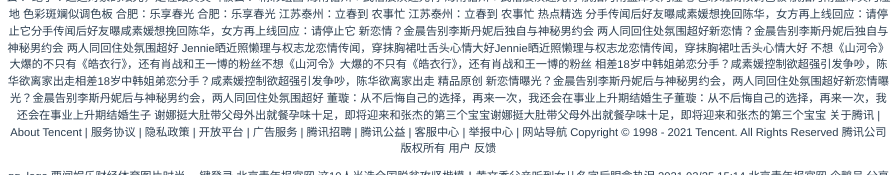
Repository: joyhao/joykit20210224
Page: /about2
An editor plug-in stored every save of this project. The page is shown before and after the next save, followed by the edit.
The browser window is 1280 px wide. The pictures show the part of the page from y = 490 to 2410 px (the page is 748 px tall before and 6720 px after), at 70% of full size.
An inner scrolling area shows only its first screen. The project was rebuilt for these pictures with package versions that can differ from the ones it lists, and the page was loaded fresh each time. Also part of the build but not shown: vite.config.ts.

Above is the page before, as saved 2021-02-26 11:15:43.

### src/main.ts
import { createApp } from 'vue';

import { router } from '@src/router';

import App from './App.vue';

const app = createApp(App);
app.use(router);
app.mount("#app");

### src/router/scrollWaiter.ts
class ScrollQueue {
  private resolve: ((value?: any) => void) | null = null;
  private promise: Promise<any> | null = null;

  add() {
    this.promise = new Promise((resolve) => {
      this.resolve = resolve;
    });
  }

  flush() {
    this.resolve && this.resolve();
    this.resolve = null;
    this.promise = null;
  }

  async wait() {
    await this.promise;
  }
}

export const scrollWaiter = new ScrollQueue();

### src/views/About2/About.vue
<template>
  <article class="about" ref="About2">
    <h1>about</h1>
    <p>
      qq_logo 要闻娱乐财经体育图片时尚 一键登录 北京青年报官网
      这10人当选全国脱贫攻坚楷模！黄文秀父亲听到女儿名字后眼含热泪 2021 02/25
      15:14 北京青年报官网 企鹅号 分享 评论 1
      研究生毕业后，黄文秀奔赴偏远贫困山村担任驻村第一书记。她带动88户418名贫困群众脱贫。2019年6月17日凌晨，黄文秀遭遇突发山洪不幸遇难，年仅30岁……今天（2月25日），黄文秀当选脱贫攻坚楷模，听到女儿名字的那一刻，黄文秀父亲眼含热泪。
      致敬！全国脱贫攻坚楷模名单发布 来源：综合央视新闻客户端 新华视点
      免责声明：本文来自腾讯新闻客户端自媒体，不代表腾讯网的观点和立场。
      相关推荐换一换 李易峰再现追星赢家一面 在《人潮汹涌》片场单独找刘德华合影
      绝了！这选对象的眼光，是在跟黄奕叫板么？
      绝了！这选对象的眼光，是在跟黄奕叫板么？ 精彩组图 海南儋州：民俗展演迎元宵
      海南儋州：民俗展演迎元宵 航拍河南孟津黄河湿地 色彩斑斓似调色板
      航拍河南孟津黄河湿地 色彩斑斓似调色板 合肥：乐享春光 合肥：乐享春光
      江苏泰州：立春到 农事忙 江苏泰州：立春到 农事忙 热点精选
      分手传闻后好友曝咸素媛想挽回陈华，女方再上线回应：请停止它分手传闻后好友曝咸素媛想挽回陈华，女方再上线回应：请停止它
      新恋情？金晨告别李斯丹妮后独自与神秘男约会
      两人同回住处氛围超好新恋情？金晨告别李斯丹妮后独自与神秘男约会
      两人同回住处氛围超好
      Jennie晒近照懒理与权志龙恋情传闻，穿抹胸裙吐舌头心情大好Jennie晒近照懒理与权志龙恋情传闻，穿抹胸裙吐舌头心情大好
      不想《山河令》大爆的不只有《皓衣行》，还有肖战和王一博的粉丝不想《山河令》大爆的不只有《皓衣行》，还有肖战和王一博的粉丝
      相差18岁中韩姐弟恋分手？咸素媛控制欲超强引发争吵，陈华欲离家出走相差18岁中韩姐弟恋分手？咸素媛控制欲超强引发争吵，陈华欲离家出走
      精品原创
      新恋情曝光？金晨告别李斯丹妮后与神秘男约会，两人同回住处氛围超好新恋情曝光？金晨告别李斯丹妮后与神秘男约会，两人同回住处氛围超好
      董璇：从不后悔自己的选择，再来一次，我还会在事业上升期结婚生子董璇：从不后悔自己的选择，再来一次，我还会在事业上升期结婚生子
      谢娜挺大肚带父母外出就餐孕味十足，即将迎来和张杰的第三个宝宝谢娜挺大肚带父母外出就餐孕味十足，即将迎来和张杰的第三个宝宝
      关于腾讯 | About Tencent | 服务协议 | 隐私政策 | 开放平台 | 广告服务 |
      腾讯招聘 | 腾讯公益 | 客服中心 | 举报中心 | 网站导航 Copyright © 1998 -
      2021 Tencent. All Rights Reserved 腾讯公司 版权所有 用户 反馈
    </p>
    <p>
      qq_logo 要闻娱乐财经体育图片时尚 一键登录 北京青年报官网
      这10人当选全国脱贫攻坚楷模！黄文秀父亲听到女儿名字后眼含热泪 2021 02/25
      15:14 北京青年报官网 企鹅号 分享 评论 1
      研究生毕业后，黄文秀奔赴偏远贫困山村担任驻村第一书记。她带动88户418名贫困群众脱贫。2019年6月17日凌晨，黄文秀遭遇突发山洪不幸遇难，年仅30岁……今天（2月25日），黄文秀当选脱贫攻坚楷模，听到女儿名字的那一刻，黄文秀父亲眼含热泪。
      致敬！全国脱贫攻坚楷模名单发布 来源：综合央视新闻客户端 新华视点
      免责声明：本文来自腾讯新闻客户端自媒体，不代表腾讯网的观点和立场。
      相关推荐换一换 李易峰再现追星赢家一面 在《人潮汹涌》片场单独找刘德华合影
      绝了！这选对象的眼光，是在跟黄奕叫板么？
      绝了！这选对象的眼光，是在跟黄奕叫板么？ 精彩组图 海南儋州：民俗展演迎元宵
      海南儋州：民俗展演迎元宵 航拍河南孟津黄河湿地 色彩斑斓似调色板
      航拍河南孟津黄河湿地 色彩斑斓似调色板 合肥：乐享春光 合肥：乐享春光
      江苏泰州：立春到 农事忙 江苏泰州：立春到 农事忙 热点精选
      分手传闻后好友曝咸素媛想挽回陈华，女方再上线回应：请停止它分手传闻后好友曝咸素媛想挽回陈华，女方再上线回应：请停止它
      新恋情？金晨告别李斯丹妮后独自与神秘男约会
      两人同回住处氛围超好新恋情？金晨告别李斯丹妮后独自与神秘男约会
      两人同回住处氛围超好
      Jennie晒近照懒理与权志龙恋情传闻，穿抹胸裙吐舌头心情大好Jennie晒近照懒理与权志龙恋情传闻，穿抹胸裙吐舌头心情大好
      不想《山河令》大爆的不只有《皓衣行》，还有肖战和王一博的粉丝不想《山河令》大爆的不只有《皓衣行》，还有肖战和王一博的粉丝
      相差18岁中韩姐弟恋分手？咸素媛控制欲超强引发争吵，陈华欲离家出走相差18岁中韩姐弟恋分手？咸素媛控制欲超强引发争吵，陈华欲离家出走
      精品原创
      新恋情曝光？金晨告别李斯丹妮后与神秘男约会，两人同回住处氛围超好新恋情曝光？金晨告别李斯丹妮后与神秘男约会，两人同回住处氛围超好
      董璇：从不后悔自己的选择，再来一次，我还会在事业上升期结婚生子董璇：从不后悔自己的选择，再来一次，我还会在事业上升期结婚生子
      谢娜挺大肚带父母外出就餐孕味十足，即将迎来和张杰的第三个宝宝谢娜挺大肚带父母外出就餐孕味十足，即将迎来和张杰的第三个宝宝
      关于腾讯 | About Tencent | 服务协议 | 隐私政策 | 开放平台 | 广告服务 |
      腾讯招聘 | 腾讯公益 | 客服中心 | 举报中心 | 网站导航 Copyright © 1998 -
      2021 Tencent. All Rights Reserved 腾讯公司 版权所有 用户 反馈
    </p>
    <p>
      qq_logo 要闻娱乐财经体育图片时尚 一键登录 北京青年报官网
      这10人当选全国脱贫攻坚楷模！黄文秀父亲听到女儿名字后眼含热泪 2021 02/25
      15:14 北京青年报官网 企鹅号 分享 评论 1
      研究生毕业后，黄文秀奔赴偏远贫困山村担任驻村第一书记。她带动88户418名贫困群众脱贫。2019年6月17日凌晨，黄文秀遭遇突发山洪不幸遇难，年仅30岁……今天（2月25日），黄文秀当选脱贫攻坚楷模，听到女儿名字的那一刻，黄文秀父亲眼含热泪。
      致敬！全国脱贫攻坚楷模名单发布 来源：综合央视新闻客户端 新华视点
      免责声明：本文来自腾讯新闻客户端自媒体，不代表腾讯网的观点和立场。
      相关推荐换一换 李易峰再现追星赢家一面 在《人潮汹涌》片场单独找刘德华合影
      绝了！这选对象的眼光，是在跟黄奕叫板么？
      绝了！这选对象的眼光，是在跟黄奕叫板么？ 精彩组图 海南儋州：民俗展演迎元宵
      海南儋州：民俗展演迎元宵 航拍河南孟津黄河湿地 色彩斑斓似调色板
      航拍河南孟津黄河湿地 色彩斑斓似调色板 合肥：乐享春光 合肥：乐享春光
      江苏泰州：立春到 农事忙 江苏泰州：立春到 农事忙 热点精选
      分手传闻后好友曝咸素媛想挽回陈华，女方再上线回应：请停止它分手传闻后好友曝咸素媛想挽回陈华，女方再上线回应：请停止它
      新恋情？金晨告别李斯丹妮后独自与神秘男约会
      两人同回住处氛围超好新恋情？金晨告别李斯丹妮后独自与神秘男约会
      两人同回住处氛围超好
      Jennie晒近照懒理与权志龙恋情传闻，穿抹胸裙吐舌头心情大好Jennie晒近照懒理与权志龙恋情传闻，穿抹胸裙吐舌头心情大好
      不想《山河令》大爆的不只有《皓衣行》，还有肖战和王一博的粉丝不想《山河令》大爆的不只有《皓衣行》，还有肖战和王一博的粉丝
      相差18岁中韩姐弟恋分手？咸素媛控制欲超强引发争吵，陈华欲离家出走相差18岁中韩姐弟恋分手？咸素媛控制欲超强引发争吵，陈华欲离家出走
      精品原创
      新恋情曝光？金晨告别李斯丹妮后与神秘男约会，两人同回住处氛围超好新恋情曝光？金晨告别李斯丹妮后与神秘男约会，两人同回住处氛围超好
      董璇：从不后悔自己的选择，再来一次，我还会在事业上升期结婚生子董璇：从不后悔自己的选择，再来一次，我还会在事业上升期结婚生子
      谢娜挺大肚带父母外出就餐孕味十足，即将迎来和张杰的第三个宝宝谢娜挺大肚带父母外出就餐孕味十足，即将迎来和张杰的第三个宝宝
      关于腾讯 | About Tencent | 服务协议 | 隐私政策 | 开放平台 | 广告服务 |
      腾讯招聘 | 腾讯公益 | 客服中心 | 举报中心 | 网站导航 Copyright © 1998 -
      2021 Tencent. All Rights Reserved 腾讯公司 版权所有 用户 反馈
    </p>
    <p>
      qq_logo 要闻娱乐财经体育图片时尚 一键登录 北京青年报官网
      这10人当选全国脱贫攻坚楷模！黄文秀父亲听到女儿名字后眼含热泪 2021 02/25
      15:14 北京青年报官网 企鹅号 分享 评论 1
      研究生毕业后，黄文秀奔赴偏远贫困山村担任驻村第一书记。她带动88户418名贫困群众脱贫。2019年6月17日凌晨，黄文秀遭遇突发山洪不幸遇难，年仅30岁……今天（2月25日），黄文秀当选脱贫攻坚楷模，听到女儿名字的那一刻，黄文秀父亲眼含热泪。
      致敬！全国脱贫攻坚楷模名单发布 来源：综合央视新闻客户端 新华视点
      免责声明：本文来自腾讯新闻客户端自媒体，不代表腾讯网的观点和立场。
      相关推荐换一换 李易峰再现追星赢家一面 在《人潮汹涌》片场单独找刘德华合影
      绝了！这选对象的眼光，是在跟黄奕叫板么？
      绝了！这选对象的眼光，是在跟黄奕叫板么？ 精彩组图 海南儋州：民俗展演迎元宵
      海南儋州：民俗展演迎元宵 航拍河南孟津黄河湿地 色彩斑斓似调色板
      航拍河南孟津黄河湿地 色彩斑斓似调色板 合肥：乐享春光 合肥：乐享春光
      江苏泰州：立春到 农事忙 江苏泰州：立春到 农事忙 热点精选
      分手传闻后好友曝咸素媛想挽回陈华，女方再上线回应：请停止它分手传闻后好友曝咸素媛想挽回陈华，女方再上线回应：请停止它
      新恋情？金晨告别李斯丹妮后独自与神秘男约会
      两人同回住处氛围超好新恋情？金晨告别李斯丹妮后独自与神秘男约会
      两人同回住处氛围超好
      Jennie晒近照懒理与权志龙恋情传闻，穿抹胸裙吐舌头心情大好Jennie晒近照懒理与权志龙恋情传闻，穿抹胸裙吐舌头心情大好
      不想《山河令》大爆的不只有《皓衣行》，还有肖战和王一博的粉丝不想《山河令》大爆的不只有《皓衣行》，还有肖战和王一博的粉丝
      相差18岁中韩姐弟恋分手？咸素媛控制欲超强引发争吵，陈华欲离家出走相差18岁中韩姐弟恋分手？咸素媛控制欲超强引发争吵，陈华欲离家出走
      精品原创
      新恋情曝光？金晨告别李斯丹妮后与神秘男约会，两人同回住处氛围超好新恋情曝光？金晨告别李斯丹妮后与神秘男约会，两人同回住处氛围超好
      董璇：从不后悔自己的选择，再来一次，我还会在事业上升期结婚生子董璇：从不后悔自己的选择，再来一次，我还会在事业上升期结婚生子
      谢娜挺大肚带父母外出就餐孕味十足，即将迎来和张杰的第三个宝宝谢娜挺大肚带父母外出就餐孕味十足，即将迎来和张杰的第三个宝宝
      关于腾讯 | About Tencent | 服务协议 | 隐私政策 | 开放平台 | 广告服务 |
      腾讯招聘 | 腾讯公益 | 客服中心 | 举报中心 | 网站导航 Copyright © 1998 -
      2021 Tencent. All Rights Reserved 腾讯公司 版权所有 用户 反馈
    </p>
    <p>
      qq_logo 要闻娱乐财经体育图片时尚 一键登录 北京青年报官网
      这10人当选全国脱贫攻坚楷模！黄文秀父亲听到女儿名字后眼含热泪 2021 02/25
      15:14 北京青年报官网 企鹅号 分享 评论 1
      研究生毕业后，黄文秀奔赴偏远贫困山村担任驻村第一书记。她带动88户418名贫困群众脱贫。2019年6月17日凌晨，黄文秀遭遇突发山洪不幸遇难，年仅30岁……今天（2月25日），黄文秀当选脱贫攻坚楷模，听到女儿名字的那一刻，黄文秀父亲眼含热泪。
      致敬！全国脱贫攻坚楷模名单发布 来源：综合央视新闻客户端 新华视点
      免责声明：本文来自腾讯新闻客户端自媒体，不代表腾讯网的观点和立场。
      相关推荐换一换 李易峰再现追星赢家一面 在《人潮汹涌》片场单独找刘德华合影
      绝了！这选对象的眼光，是在跟黄奕叫板么？
      绝了！这选对象的眼光，是在跟黄奕叫板么？ 精彩组图 海南儋州：民俗展演迎元宵
      海南儋州：民俗展演迎元宵 航拍河南孟津黄河湿地 色彩斑斓似调色板
      航拍河南孟津黄河湿地 色彩斑斓似调色板 合肥：乐享春光 合肥：乐享春光
      江苏泰州：立春到 农事忙 江苏泰州：立春到 农事忙 热点精选
      分手传闻后好友曝咸素媛想挽回陈华，女方再上线回应：请停止它分手传闻后好友曝咸素媛想挽回陈华，女方再上线回应：请停止它
      新恋情？金晨告别李斯丹妮后独自与神秘男约会
      两人同回住处氛围超好新恋情？金晨告别李斯丹妮后独自与神秘男约会
      两人同回住处氛围超好
      Jennie晒近照懒理与权志龙恋情传闻，穿抹胸裙吐舌头心情大好Jennie晒近照懒理与权志龙恋情传闻，穿抹胸裙吐舌头心情大好
      不想《山河令》大爆的不只有《皓衣行》，还有肖战和王一博的粉丝不想《山河令》大爆的不只有《皓衣行》，还有肖战和王一博的粉丝
      相差18岁中韩姐弟恋分手？咸素媛控制欲超强引发争吵，陈华欲离家出走相差18岁中韩姐弟恋分手？咸素媛控制欲超强引发争吵，陈华欲离家出走
      精品原创
      新恋情曝光？金晨告别李斯丹妮后与神秘男约会，两人同回住处氛围超好新恋情曝光？金晨告别李斯丹妮后与神秘男约会，两人同回住处氛围超好
      董璇：从不后悔自己的选择，再来一次，我还会在事业上升期结婚生子董璇：从不后悔自己的选择，再来一次，我还会在事业上升期结婚生子
      谢娜挺大肚带父母外出就餐孕味十足，即将迎来和张杰的第三个宝宝谢娜挺大肚带父母外出就餐孕味十足，即将迎来和张杰的第三个宝宝
      关于腾讯 | About Tencent | 服务协议 | 隐私政策 | 开放平台 | 广告服务 |
      腾讯招聘 | 腾讯公益 | 客服中心 | 举报中心 | 网站导航 Copyright © 1998 -
      2021 Tencent. All Rights Reserved 腾讯公司 版权所有 用户 反馈
    </p>
    <p>
      qq_logo 要闻娱乐财经体育图片时尚 一键登录 北京青年报官网
      这10人当选全国脱贫攻坚楷模！黄文秀父亲听到女儿名字后眼含热泪 2021 02/25
      15:14 北京青年报官网 企鹅号 分享 评论 1
      研究生毕业后，黄文秀奔赴偏远贫困山村担任驻村第一书记。她带动88户418名贫困群众脱贫。2019年6月17日凌晨，黄文秀遭遇突发山洪不幸遇难，年仅30岁……今天（2月25日），黄文秀当选脱贫攻坚楷模，听到女儿名字的那一刻，黄文秀父亲眼含热泪。
      致敬！全国脱贫攻坚楷模名单发布 来源：综合央视新闻客户端 新华视点
      免责声明：本文来自腾讯新闻客户端自媒体，不代表腾讯网的观点和立场。
      相关推荐换一换 李易峰再现追星赢家一面 在《人潮汹涌》片场单独找刘德华合影
      绝了！这选对象的眼光，是在跟黄奕叫板么？
      绝了！这选对象的眼光，是在跟黄奕叫板么？ 精彩组图 海南儋州：民俗展演迎元宵
      海南儋州：民俗展演迎元宵 航拍河南孟津黄河湿地 色彩斑斓似调色板
      航拍河南孟津黄河湿地 色彩斑斓似调色板 合肥：乐享春光 合肥：乐享春光
      江苏泰州：立春到 农事忙 江苏泰州：立春到 农事忙 热点精选
      分手传闻后好友曝咸素媛想挽回陈华，女方再上线回应：请停止它分手传闻后好友曝咸素媛想挽回陈华，女方再上线回应：请停止它
      新恋情？金晨告别李斯丹妮后独自与神秘男约会
      两人同回住处氛围超好新恋情？金晨告别李斯丹妮后独自与神秘男约会
      两人同回住处氛围超好
      Jennie晒近照懒理与权志龙恋情传闻，穿抹胸裙吐舌头心情大好Jennie晒近照懒理与权志龙恋情传闻，穿抹胸裙吐舌头心情大好
      不想《山河令》大爆的不只有《皓衣行》，还有肖战和王一博的粉丝不想《山河令》大爆的不只有《皓衣行》，还有肖战和王一博的粉丝
      相差18岁中韩姐弟恋分手？咸素媛控制欲超强引发争吵，陈华欲离家出走相差18岁中韩姐弟恋分手？咸素媛控制欲超强引发争吵，陈华欲离家出走
      精品原创
      新恋情曝光？金晨告别李斯丹妮后与神秘男约会，两人同回住处氛围超好新恋情曝光？金晨告别李斯丹妮后与神秘男约会，两人同回住处氛围超好
      董璇：从不后悔自己的选择，再来一次，我还会在事业上升期结婚生子董璇：从不后悔自己的选择，再来一次，我还会在事业上升期结婚生子
      谢娜挺大肚带父母外出就餐孕味十足，即将迎来和张杰的第三个宝宝谢娜挺大肚带父母外出就餐孕味十足，即将迎来和张杰的第三个宝宝
      关于腾讯 | About Tencent | 服务协议 | 隐私政策 | 开放平台 | 广告服务 |
      腾讯招聘 | 腾讯公益 | 客服中心 | 举报中心 | 网站导航 Copyright © 1998 -
      2021 Tencent. All Rights Reserved 腾讯公司 版权所有 用户 反馈
    </p>
    <p>
      qq_logo 要闻娱乐财经体育图片时尚 一键登录 北京青年报官网
      这10人当选全国脱贫攻坚楷模！黄文秀父亲听到女儿名字后眼含热泪 2021 02/25
      15:14 北京青年报官网 企鹅号 分享 评论 1
      研究生毕业后，黄文秀奔赴偏远贫困山村担任驻村第一书记。她带动88户418名贫困群众脱贫。2019年6月17日凌晨，黄文秀遭遇突发山洪不幸遇难，年仅30岁……今天（2月25日），黄文秀当选脱贫攻坚楷模，听到女儿名字的那一刻，黄文秀父亲眼含热泪。
      致敬！全国脱贫攻坚楷模名单发布 来源：综合央视新闻客户端 新华视点
      免责声明：本文来自腾讯新闻客户端自媒体，不代表腾讯网的观点和立场。
      相关推荐换一换 李易峰再现追星赢家一面 在《人潮汹涌》片场单独找刘德华合影
      绝了！这选对象的眼光，是在跟黄奕叫板么？
      绝了！这选对象的眼光，是在跟黄奕叫板么？ 精彩组图 海南儋州：民俗展演迎元宵
      海南儋州：民俗展演迎元宵 航拍河南孟津黄河湿地 色彩斑斓似调色板
      航拍河南孟津黄河湿地 色彩斑斓似调色板 合肥：乐享春光 合肥：乐享春光
      江苏泰州：立春到 农事忙 江苏泰州：立春到 农事忙 热点精选
      分手传闻后好友曝咸素媛想挽回陈华，女方再上线回应：请停止它分手传闻后好友曝咸素媛想挽回陈华，女方再上线回应：请停止它
      新恋情？金晨告别李斯丹妮后独自与神秘男约会
      两人同回住处氛围超好新恋情？金晨告别李斯丹妮后独自与神秘男约会
      两人同回住处氛围超好
      Jennie晒近照懒理与权志龙恋情传闻，穿抹胸裙吐舌头心情大好Jennie晒近照懒理与权志龙恋情传闻，穿抹胸裙吐舌头心情大好
      不想《山河令》大爆的不只有《皓衣行》，还有肖战和王一博的粉丝不想《山河令》大爆的不只有《皓衣行》，还有肖战和王一博的粉丝
      相差18岁中韩姐弟恋分手？咸素媛控制欲超强引发争吵，陈华欲离家出走相差18岁中韩姐弟恋分手？咸素媛控制欲超强引发争吵，陈华欲离家出走
      精品原创
      新恋情曝光？金晨告别李斯丹妮后与神秘男约会，两人同回住处氛围超好新恋情曝光？金晨告别李斯丹妮后与神秘男约会，两人同回住处氛围超好
      董璇：从不后悔自己的选择，再来一次，我还会在事业上升期结婚生子董璇：从不后悔自己的选择，再来一次，我还会在事业上升期结婚生子
      谢娜挺大肚带父母外出就餐孕味十足，即将迎来和张杰的第三个宝宝谢娜挺大肚带父母外出就餐孕味十足，即将迎来和张杰的第三个宝宝
      关于腾讯 | About Tencent | 服务协议 | 隐私政策 | 开放平台 | 广告服务 |
      腾讯招聘 | 腾讯公益 | 客服中心 | 举报中心 | 网站导航 Copyright © 1998 -
      2021 Tencent. All Rights Reserved 腾讯公司 版权所有 用户 反馈
    </p>
    <p>
      qq_logo 要闻娱乐财经体育图片时尚 一键登录 北京青年报官网
      这10人当选全国脱贫攻坚楷模！黄文秀父亲听到女儿名字后眼含热泪 2021 02/25
      15:14 北京青年报官网 企鹅号 分享 评论 1
      研究生毕业后，黄文秀奔赴偏远贫困山村担任驻村第一书记。她带动88户418名贫困群众脱贫。2019年6月17日凌晨，黄文秀遭遇突发山洪不幸遇难，年仅30岁……今天（2月25日），黄文秀当选脱贫攻坚楷模，听到女儿名字的那一刻，黄文秀父亲眼含热泪。
      致敬！全国脱贫攻坚楷模名单发布 来源：综合央视新闻客户端 新华视点
      免责声明：本文来自腾讯新闻客户端自媒体，不代表腾讯网的观点和立场。
      相关推荐换一换 李易峰再现追星赢家一面 在《人潮汹涌》片场单独找刘德华合影
      绝了！这选对象的眼光，是在跟黄奕叫板么？
      绝了！这选对象的眼光，是在跟黄奕叫板么？ 精彩组图 海南儋州：民俗展演迎元宵
      海南儋州：民俗展演迎元宵 航拍河南孟津黄河湿地 色彩斑斓似调色板
      航拍河南孟津黄河湿地 色彩斑斓似调色板 合肥：乐享春光 合肥：乐享春光
      江苏泰州：立春到 农事忙 江苏泰州：立春到 农事忙 热点精选
      分手传闻后好友曝咸素媛想挽回陈华，女方再上线回应：请停止它分手传闻后好友曝咸素媛想挽回陈华，女方再上线回应：请停止它
      新恋情？金晨告别李斯丹妮后独自与神秘男约会
      两人同回住处氛围超好新恋情？金晨告别李斯丹妮后独自与神秘男约会
      两人同回住处氛围超好
      Jennie晒近照懒理与权志龙恋情传闻，穿抹胸裙吐舌头心情大好Jennie晒近照懒理与权志龙恋情传闻，穿抹胸裙吐舌头心情大好
      不想《山河令》大爆的不只有《皓衣行》，还有肖战和王一博的粉丝不想《山河令》大爆的不只有《皓衣行》，还有肖战和王一博的粉丝
      相差18岁中韩姐弟恋分手？咸素媛控制欲超强引发争吵，陈华欲离家出走相差18岁中韩姐弟恋分手？咸素媛控制欲超强引发争吵，陈华欲离家出走
      精品原创
      新恋情曝光？金晨告别李斯丹妮后与神秘男约会，两人同回住处氛围超好新恋情曝光？金晨告别李斯丹妮后与神秘男约会，两人同回住处氛围超好
      董璇：从不后悔自己的选择，再来一次，我还会在事业上升期结婚生子董璇：从不后悔自己的选择，再来一次，我还会在事业上升期结婚生子
      谢娜挺大肚带父母外出就餐孕味十足，即将迎来和张杰的第三个宝宝谢娜挺大肚带父母外出就餐孕味十足，即将迎来和张杰的第三个宝宝
      关于腾讯 | About Tencent | 服务协议 | 隐私政策 | 开放平台 | 广告服务 |
      腾讯招聘 | 腾讯公益 | 客服中心 | 举报中心 | 网站导航 Copyright © 1998 -
      2021 Tencent. All Rights Reserved 腾讯公司 版权所有 用户 反馈
    </p>
    <p>
      qq_logo 要闻娱乐财经体育图片时尚 一键登录 北京青年报官网
      这10人当选全国脱贫攻坚楷模！黄文秀父亲听到女儿名字后眼含热泪 2021 02/25
      15:14 北京青年报官网 企鹅号 分享 评论 1
      研究生毕业后，黄文秀奔赴偏远贫困山村担任驻村第一书记。她带动88户418名贫困群众脱贫。2019年6月17日凌晨，黄文秀遭遇突发山洪不幸遇难，年仅30岁……今天（2月25日），黄文秀当选脱贫攻坚楷模，听到女儿名字的那一刻，黄文秀父亲眼含热泪。
      致敬！全国脱贫攻坚楷模名单发布 来源：综合央视新闻客户端 新华视点
      免责声明：本文来自腾讯新闻客户端自媒体，不代表腾讯网的观点和立场。
      相关推荐换一换 李易峰再现追星赢家一面 在《人潮汹涌》片场单独找刘德华合影
      绝了！这选对象的眼光，是在跟黄奕叫板么？
      绝了！这选对象的眼光，是在跟黄奕叫板么？ 精彩组图 海南儋州：民俗展演迎元宵
      海南儋州：民俗展演迎元宵 航拍河南孟津黄河湿地 色彩斑斓似调色板
      航拍河南孟津黄河湿地 色彩斑斓似调色板 合肥：乐享春光 合肥：乐享春光
      江苏泰州：立春到 农事忙 江苏泰州：立春到 农事忙 热点精选
      分手传闻后好友曝咸素媛想挽回陈华，女方再上线回应：请停止它分手传闻后好友曝咸素媛想挽回陈华，女方再上线回应：请停止它
      新恋情？金晨告别李斯丹妮后独自与神秘男约会
      两人同回住处氛围超好新恋情？金晨告别李斯丹妮后独自与神秘男约会
      两人同回住处氛围超好
      Jennie晒近照懒理与权志龙恋情传闻，穿抹胸裙吐舌头心情大好Jennie晒近照懒理与权志龙恋情传闻，穿抹胸裙吐舌头心情大好
      不想《山河令》大爆的不只有《皓衣行》，还有肖战和王一博的粉丝不想《山河令》大爆的不只有《皓衣行》，还有肖战和王一博的粉丝
      相差18岁中韩姐弟恋分手？咸素媛控制欲超强引发争吵，陈华欲离家出走相差18岁中韩姐弟恋分手？咸素媛控制欲超强引发争吵，陈华欲离家出走
      精品原创
      新恋情曝光？金晨告别李斯丹妮后与神秘男约会，两人同回住处氛围超好新恋情曝光？金晨告别李斯丹妮后与神秘男约会，两人同回住处氛围超好
      董璇：从不后悔自己的选择，再来一次，我还会在事业上升期结婚生子董璇：从不后悔自己的选择，再来一次，我还会在事业上升期结婚生子
      谢娜挺大肚带父母外出就餐孕味十足，即将迎来和张杰的第三个宝宝谢娜挺大肚带父母外出就餐孕味十足，即将迎来和张杰的第三个宝宝
      关于腾讯 | About Tencent | 服务协议 | 隐私政策 | 开放平台 | 广告服务 |
      腾讯招聘 | 腾讯公益 | 客服中心 | 举报中心 | 网站导航 Copyright © 1998 -
      2021 Tencent. All Rights Reserved 腾讯公司 版权所有 用户 反馈
    </p>
    <p>
      qq_logo 要闻娱乐财经体育图片时尚 一键登录 北京青年报官网
      这10人当选全国脱贫攻坚楷模！黄文秀父亲听到女儿名字后眼含热泪 2021 02/25
      15:14 北京青年报官网 企鹅号 分享 评论 1
      研究生毕业后，黄文秀奔赴偏远贫困山村担任驻村第一书记。她带动88户418名贫困群众脱贫。2019年6月17日凌晨，黄文秀遭遇突发山洪不幸遇难，年仅30岁……今天（2月25日），黄文秀当选脱贫攻坚楷模，听到女儿名字的那一刻，黄文秀父亲眼含热泪。
      致敬！全国脱贫攻坚楷模名单发布 来源：综合央视新闻客户端 新华视点
      免责声明：本文来自腾讯新闻客户端自媒体，不代表腾讯网的观点和立场。
      相关推荐换一换 李易峰再现追星赢家一面 在《人潮汹涌》片场单独找刘德华合影
      绝了！这选对象的眼光，是在跟黄奕叫板么？
      绝了！这选对象的眼光，是在跟黄奕叫板么？ 精彩组图 海南儋州：民俗展演迎元宵
      海南儋州：民俗展演迎元宵 航拍河南孟津黄河湿地 色彩斑斓似调色板
      航拍河南孟津黄河湿地 色彩斑斓似调色板 合肥：乐享春光 合肥：乐享春光
      江苏泰州：立春到 农事忙 江苏泰州：立春到 农事忙 热点精选
      分手传闻后好友曝咸素媛想挽回陈华，女方再上线回应：请停止它分手传闻后好友曝咸素媛想挽回陈华，女方再上线回应：请停止它
      新恋情？金晨告别李斯丹妮后独自与神秘男约会
      两人同回住处氛围超好新恋情？金晨告别李斯丹妮后独自与神秘男约会
      两人同回住处氛围超好
      Jennie晒近照懒理与权志龙恋情传闻，穿抹胸裙吐舌头心情大好Jennie晒近照懒理与权志龙恋情传闻，穿抹胸裙吐舌头心情大好
      不想《山河令》大爆的不只有《皓衣行》，还有肖战和王一博的粉丝不想《山河令》大爆的不只有《皓衣行》，还有肖战和王一博的粉丝
      相差18岁中韩姐弟恋分手？咸素媛控制欲超强引发争吵，陈华欲离家出走相差18岁中韩姐弟恋分手？咸素媛控制欲超强引发争吵，陈华欲离家出走
      精品原创
      新恋情曝光？金晨告别李斯丹妮后与神秘男约会，两人同回住处氛围超好新恋情曝光？金晨告别李斯丹妮后与神秘男约会，两人同回住处氛围超好
      董璇：从不后悔自己的选择，再来一次，我还会在事业上升期结婚生子董璇：从不后悔自己的选择，再来一次，我还会在事业上升期结婚生子
      谢娜挺大肚带父母外出就餐孕味十足，即将迎来和张杰的第三个宝宝谢娜挺大肚带父母外出就餐孕味十足，即将迎来和张杰的第三个宝宝
      关于腾讯 | About Tencent | 服务协议 | 隐私政策 | 开放平台 | 广告服务 |
      腾讯招聘 | 腾讯公益 | 客服中心 | 举报中心 | 网站导航 Copyright © 1998 -
      2021 Tencent. All Rights Reserved 腾讯公司 版权所有 用户 反馈
    </p>
    <p>
      qq_logo 要闻娱乐财经体育图片时尚 一键登录 北京青年报官网
      这10人当选全国脱贫攻坚楷模！黄文秀父亲听到女儿名字后眼含热泪 2021 02/25
      15:14 北京青年报官网 企鹅号 分享 评论 1
      研究生毕业后，黄文秀奔赴偏远贫困山村担任驻村第一书记。她带动88户418名贫困群众脱贫。2019年6月17日凌晨，黄文秀遭遇突发山洪不幸遇难，年仅30岁……今天（2月25日），黄文秀当选脱贫攻坚楷模，听到女儿名字的那一刻，黄文秀父亲眼含热泪。
      致敬！全国脱贫攻坚楷模名单发布 来源：综合央视新闻客户端 新华视点
      免责声明：本文来自腾讯新闻客户端自媒体，不代表腾讯网的观点和立场。
      相关推荐换一换 李易峰再现追星赢家一面 在《人潮汹涌》片场单独找刘德华合影
      绝了！这选对象的眼光，是在跟黄奕叫板么？
      绝了！这选对象的眼光，是在跟黄奕叫板么？ 精彩组图 海南儋州：民俗展演迎元宵
      海南儋州：民俗展演迎元宵 航拍河南孟津黄河湿地 色彩斑斓似调色板
      航拍河南孟津黄河湿地 色彩斑斓似调色板 合肥：乐享春光 合肥：乐享春光
      江苏泰州：立春到 农事忙 江苏泰州：立春到 农事忙 热点精选
      分手传闻后好友曝咸素媛想挽回陈华，女方再上线回应：请停止它分手传闻后好友曝咸素媛想挽回陈华，女方再上线回应：请停止它
      新恋情？金晨告别李斯丹妮后独自与神秘男约会
      两人同回住处氛围超好新恋情？金晨告别李斯丹妮后独自与神秘男约会
      两人同回住处氛围超好
      Jennie晒近照懒理与权志龙恋情传闻，穿抹胸裙吐舌头心情大好Jennie晒近照懒理与权志龙恋情传闻，穿抹胸裙吐舌头心情大好
      不想《山河令》大爆的不只有《皓衣行》，还有肖战和王一博的粉丝不想《山河令》大爆的不只有《皓衣行》，还有肖战和王一博的粉丝
      相差18岁中韩姐弟恋分手？咸素媛控制欲超强引发争吵，陈华欲离家出走相差18岁中韩姐弟恋分手？咸素媛控制欲超强引发争吵，陈华欲离家出走
      精品原创
      新恋情曝光？金晨告别李斯丹妮后与神秘男约会，两人同回住处氛围超好新恋情曝光？金晨告别李斯丹妮后与神秘男约会，两人同回住处氛围超好
      董璇：从不后悔自己的选择，再来一次，我还会在事业上升期结婚生子董璇：从不后悔自己的选择，再来一次，我还会在事业上升期结婚生子
      谢娜挺大肚带父母外出就餐孕味十足，即将迎来和张杰的第三个宝宝谢娜挺大肚带父母外出就餐孕味十足，即将迎来和张杰的第三个宝宝
      关于腾讯 | About Tencent | 服务协议 | 隐私政策 | 开放平台 | 广告服务 |
      腾讯招聘 | 腾讯公益 | 客服中心 | 举报中心 | 网站导航 Copyright © 1998 -
      2021 Tencent. All Rights Reserved 腾讯公司 版权所有 用户 反馈
    </p>
    <p>
      qq_logo 要闻娱乐财经体育图片时尚 一键登录 北京青年报官网
      这10人当选全国脱贫攻坚楷模！黄文秀父亲听到女儿名字后眼含热泪 2021 02/25
      15:14 北京青年报官网 企鹅号 分享 评论 1
      研究生毕业后，黄文秀奔赴偏远贫困山村担任驻村第一书记。她带动88户418名贫困群众脱贫。2019年6月17日凌晨，黄文秀遭遇突发山洪不幸遇难，年仅30岁……今天（2月25日），黄文秀当选脱贫攻坚楷模，听到女儿名字的那一刻，黄文秀父亲眼含热泪。
      致敬！全国脱贫攻坚楷模名单发布 来源：综合央视新闻客户端 新华视点
      免责声明：本文来自腾讯新闻客户端自媒体，不代表腾讯网的观点和立场。
      相关推荐换一换 李易峰再现追星赢家一面 在《人潮汹涌》片场单独找刘德华合影
      绝了！这选对象的眼光，是在跟黄奕叫板么？
      绝了！这选对象的眼光，是在跟黄奕叫板么？ 精彩组图 海南儋州：民俗展演迎元宵
      海南儋州：民俗展演迎元宵 航拍河南孟津黄河湿地 色彩斑斓似调色板
      航拍河南孟津黄河湿地 色彩斑斓似调色板 合肥：乐享春光 合肥：乐享春光
      江苏泰州：立春到 农事忙 江苏泰州：立春到 农事忙 热点精选
      分手传闻后好友曝咸素媛想挽回陈华，女方再上线回应：请停止它分手传闻后好友曝咸素媛想挽回陈华，女方再上线回应：请停止它
      新恋情？金晨告别李斯丹妮后独自与神秘男约会
      两人同回住处氛围超好新恋情？金晨告别李斯丹妮后独自与神秘男约会
      两人同回住处氛围超好
      Jennie晒近照懒理与权志龙恋情传闻，穿抹胸裙吐舌头心情大好Jennie晒近照懒理与权志龙恋情传闻，穿抹胸裙吐舌头心情大好
      不想《山河令》大爆的不只有《皓衣行》，还有肖战和王一博的粉丝不想《山河令》大爆的不只有《皓衣行》，还有肖战和王一博的粉丝
      相差18岁中韩姐弟恋分手？咸素媛控制欲超强引发争吵，陈华欲离家出走相差18岁中韩姐弟恋分手？咸素媛控制欲超强引发争吵，陈华欲离家出走
      精品原创
      新恋情曝光？金晨告别李斯丹妮后与神秘男约会，两人同回住处氛围超好新恋情曝光？金晨告别李斯丹妮后与神秘男约会，两人同回住处氛围超好
      董璇：从不后悔自己的选择，再来一次，我还会在事业上升期结婚生子董璇：从不后悔自己的选择，再来一次，我还会在事业上升期结婚生子
      谢娜挺大肚带父母外出就餐孕味十足，即将迎来和张杰的第三个宝宝谢娜挺大肚带父母外出就餐孕味十足，即将迎来和张杰的第三个宝宝
      关于腾讯 | About Tencent | 服务协议 | 隐私政策 | 开放平台 | 广告服务 |
      腾讯招聘 | 腾讯公益 | 客服中心 | 举报中心 | 网站导航 Copyright © 1998 -
      2021 Tencent. All Rights Reserved 腾讯公司 版权所有 用户 反馈
    </p>
    <p>
      qq_logo 要闻娱乐财经体育图片时尚 一键登录 北京青年报官网
      这10人当选全国脱贫攻坚楷模！黄文秀父亲听到女儿名字后眼含热泪 2021 02/25
      15:14 北京青年报官网 企鹅号 分享 评论 1
      研究生毕业后，黄文秀奔赴偏远贫困山村担任驻村第一书记。她带动88户418名贫困群众脱贫。2019年6月17日凌晨，黄文秀遭遇突发山洪不幸遇难，年仅30岁……今天（2月25日），黄文秀当选脱贫攻坚楷模，听到女儿名字的那一刻，黄文秀父亲眼含热泪。
      致敬！全国脱贫攻坚楷模名单发布 来源：综合央视新闻客户端 新华视点
      免责声明：本文来自腾讯新闻客户端自媒体，不代表腾讯网的观点和立场。
      相关推荐换一换 李易峰再现追星赢家一面 在《人潮汹涌》片场单独找刘德华合影
      绝了！这选对象的眼光，是在跟黄奕叫板么？
      绝了！这选对象的眼光，是在跟黄奕叫板么？ 精彩组图 海南儋州：民俗展演迎元宵
      海南儋州：民俗展演迎元宵 航拍河南孟津黄河湿地 色彩斑斓似调色板
      航拍河南孟津黄河湿地 色彩斑斓似调色板 合肥：乐享春光 合肥：乐享春光
      江苏泰州：立春到 农事忙 江苏泰州：立春到 农事忙 热点精选
      分手传闻后好友曝咸素媛想挽回陈华，女方再上线回应：请停止它分手传闻后好友曝咸素媛想挽回陈华，女方再上线回应：请停止它
      新恋情？金晨告别李斯丹妮后独自与神秘男约会
      两人同回住处氛围超好新恋情？金晨告别李斯丹妮后独自与神秘男约会
      两人同回住处氛围超好
      Jennie晒近照懒理与权志龙恋情传闻，穿抹胸裙吐舌头心情大好Jennie晒近照懒理与权志龙恋情传闻，穿抹胸裙吐舌头心情大好
      不想《山河令》大爆的不只有《皓衣行》，还有肖战和王一博的粉丝不想《山河令》大爆的不只有《皓衣行》，还有肖战和王一博的粉丝
      相差18岁中韩姐弟恋分手？咸素媛控制欲超强引发争吵，陈华欲离家出走相差18岁中韩姐弟恋分手？咸素媛控制欲超强引发争吵，陈华欲离家出走
      精品原创
      新恋情曝光？金晨告别李斯丹妮后与神秘男约会，两人同回住处氛围超好新恋情曝光？金晨告别李斯丹妮后与神秘男约会，两人同回住处氛围超好
      董璇：从不后悔自己的选择，再来一次，我还会在事业上升期结婚生子董璇：从不后悔自己的选择，再来一次，我还会在事业上升期结婚生子
      谢娜挺大肚带父母外出就餐孕味十足，即将迎来和张杰的第三个宝宝谢娜挺大肚带父母外出就餐孕味十足，即将迎来和张杰的第三个宝宝
      关于腾讯 | About Tencent | 服务协议 | 隐私政策 | 开放平台 | 广告服务 |
      腾讯招聘 | 腾讯公益 | 客服中心 | 举报中心 | 网站导航 Copyright © 1998 -
      2021 Tencent. All Rights Reserved 腾讯公司 版权所有 用户 反馈
    </p>
    <p>
      qq_logo 要闻娱乐财经体育图片时尚 一键登录 北京青年报官网
      这10人当选全国脱贫攻坚楷模！黄文秀父亲听到女儿名字后眼含热泪 2021 02/25
      15:14 北京青年报官网 企鹅号 分享 评论 1
      研究生毕业后，黄文秀奔赴偏远贫困山村担任驻村第一书记。她带动88户418名贫困群众脱贫。2019年6月17日凌晨，黄文秀遭遇突发山洪不幸遇难，年仅30岁……今天（2月25日），黄文秀当选脱贫攻坚楷模，听到女儿名字的那一刻，黄文秀父亲眼含热泪。
      致敬！全国脱贫攻坚楷模名单发布 来源：综合央视新闻客户端 新华视点
      免责声明：本文来自腾讯新闻客户端自媒体，不代表腾讯网的观点和立场。
      相关推荐换一换 李易峰再现追星赢家一面 在《人潮汹涌》片场单独找刘德华合影
      绝了！这选对象的眼光，是在跟黄奕叫板么？
      绝了！这选对象的眼光，是在跟黄奕叫板么？ 精彩组图 海南儋州：民俗展演迎元宵
      海南儋州：民俗展演迎元宵 航拍河南孟津黄河湿地 色彩斑斓似调色板
      航拍河南孟津黄河湿地 色彩斑斓似调色板 合肥：乐享春光 合肥：乐享春光
      江苏泰州：立春到 农事忙 江苏泰州：立春到 农事忙 热点精选
      分手传闻后好友曝咸素媛想挽回陈华，女方再上线回应：请停止它分手传闻后好友曝咸素媛想挽回陈华，女方再上线回应：请停止它
      新恋情？金晨告别李斯丹妮后独自与神秘男约会
      两人同回住处氛围超好新恋情？金晨告别李斯丹妮后独自与神秘男约会
      两人同回住处氛围超好
      Jennie晒近照懒理与权志龙恋情传闻，穿抹胸裙吐舌头心情大好Jennie晒近照懒理与权志龙恋情传闻，穿抹胸裙吐舌头心情大好
      不想《山河令》大爆的不只有《皓衣行》，还有肖战和王一博的粉丝不想《山河令》大爆的不只有《皓衣行》，还有肖战和王一博的粉丝
      相差18岁中韩姐弟恋分手？咸素媛控制欲超强引发争吵，陈华欲离家出走相差18岁中韩姐弟恋分手？咸素媛控制欲超强引发争吵，陈华欲离家出走
      精品原创
      新恋情曝光？金晨告别李斯丹妮后与神秘男约会，两人同回住处氛围超好新恋情曝光？金晨告别李斯丹妮后与神秘男约会，两人同回住处氛围超好
      董璇：从不后悔自己的选择，再来一次，我还会在事业上升期结婚生子董璇：从不后悔自己的选择，再来一次，我还会在事业上升期结婚生子
      谢娜挺大肚带父母外出就餐孕味十足，即将迎来和张杰的第三个宝宝谢娜挺大肚带父母外出就餐孕味十足，即将迎来和张杰的第三个宝宝
      关于腾讯 | About Tencent | 服务协议 | 隐私政策 | 开放平台 | 广告服务 |
      腾讯招聘 | 腾讯公益 | 客服中心 | 举报中心 | 网站导航 Copyright © 1998 -
      2021 Tencent. All Rights Reserved 腾讯公司 版权所有 用户 反馈
    </p>
    <p>
      qq_logo 要闻娱乐财经体育图片时尚 一键登录 北京青年报官网
      这10人当选全国脱贫攻坚楷模！黄文秀父亲听到女儿名字后眼含热泪 2021 02/25
      15:14 北京青年报官网 企鹅号 分享 评论 1
      研究生毕业后，黄文秀奔赴偏远贫困山村担任驻村第一书记。她带动88户418名贫困群众脱贫。2019年6月17日凌晨，黄文秀遭遇突发山洪不幸遇难，年仅30岁……今天（2月25日），黄文秀当选脱贫攻坚楷模，听到女儿名字的那一刻，黄文秀父亲眼含热泪。
      致敬！全国脱贫攻坚楷模名单发布 来源：综合央视新闻客户端 新华视点
      免责声明：本文来自腾讯新闻客户端自媒体，不代表腾讯网的观点和立场。
      相关推荐换一换 李易峰再现追星赢家一面 在《人潮汹涌》片场单独找刘德华合影
      绝了！这选对象的眼光，是在跟黄奕叫板么？
      绝了！这选对象的眼光，是在跟黄奕叫板么？ 精彩组图 海南儋州：民俗展演迎元宵
      海南儋州：民俗展演迎元宵 航拍河南孟津黄河湿地 色彩斑斓似调色板
      航拍河南孟津黄河湿地 色彩斑斓似调色板 合肥：乐享春光 合肥：乐享春光
      江苏泰州：立春到 农事忙 江苏泰州：立春到 农事忙 热点精选
      分手传闻后好友曝咸素媛想挽回陈华，女方再上线回应：请停止它分手传闻后好友曝咸素媛想挽回陈华，女方再上线回应：请停止它
      新恋情？金晨告别李斯丹妮后独自与神秘男约会
      两人同回住处氛围超好新恋情？金晨告别李斯丹妮后独自与神秘男约会
      两人同回住处氛围超好
      Jennie晒近照懒理与权志龙恋情传闻，穿抹胸裙吐舌头心情大好Jennie晒近照懒理与权志龙恋情传闻，穿抹胸裙吐舌头心情大好
      不想《山河令》大爆的不只有《皓衣行》，还有肖战和王一博的粉丝不想《山河令》大爆的不只有《皓衣行》，还有肖战和王一博的粉丝
      相差18岁中韩姐弟恋分手？咸素媛控制欲超强引发争吵，陈华欲离家出走相差18岁中韩姐弟恋分手？咸素媛控制欲超强引发争吵，陈华欲离家出走
      精品原创
      新恋情曝光？金晨告别李斯丹妮后与神秘男约会，两人同回住处氛围超好新恋情曝光？金晨告别李斯丹妮后与神秘男约会，两人同回住处氛围超好
      董璇：从不后悔自己的选择，再来一次，我还会在事业上升期结婚生子董璇：从不后悔自己的选择，再来一次，我还会在事业上升期结婚生子
      谢娜挺大肚带父母外出就餐孕味十足，即将迎来和张杰的第三个宝宝谢娜挺大肚带父母外出就餐孕味十足，即将迎来和张杰的第三个宝宝
      关于腾讯 | About Tencent | 服务协议 | 隐私政策 | 开放平台 | 广告服务 |
      腾讯招聘 | 腾讯公益 | 客服中心 | 举报中心 | 网站导航 Copyright © 1998 -
      2021 Tencent. All Rights Reserved 腾讯公司 版权所有 用户 反馈
    </p>
    <p>
      qq_logo 要闻娱乐财经体育图片时尚 一键登录 北京青年报官网
      这10人当选全国脱贫攻坚楷模！黄文秀父亲听到女儿名字后眼含热泪 2021 02/25
      15:14 北京青年报官网 企鹅号 分享 评论 1
      研究生毕业后，黄文秀奔赴偏远贫困山村担任驻村第一书记。她带动88户418名贫困群众脱贫。2019年6月17日凌晨，黄文秀遭遇突发山洪不幸遇难，年仅30岁……今天（2月25日），黄文秀当选脱贫攻坚楷模，听到女儿名字的那一刻，黄文秀父亲眼含热泪。
      致敬！全国脱贫攻坚楷模名单发布 来源：综合央视新闻客户端 新华视点
      免责声明：本文来自腾讯新闻客户端自媒体，不代表腾讯网的观点和立场。
      相关推荐换一换 李易峰再现追星赢家一面 在《人潮汹涌》片场单独找刘德华合影
      绝了！这选对象的眼光，是在跟黄奕叫板么？
      绝了！这选对象的眼光，是在跟黄奕叫板么？ 精彩组图 海南儋州：民俗展演迎元宵
      海南儋州：民俗展演迎元宵 航拍河南孟津黄河湿地 色彩斑斓似调色板
      航拍河南孟津黄河湿地 色彩斑斓似调色板 合肥：乐享春光 合肥：乐享春光
      江苏泰州：立春到 农事忙 江苏泰州：立春到 农事忙 热点精选
      分手传闻后好友曝咸素媛想挽回陈华，女方再上线回应：请停止它分手传闻后好友曝咸素媛想挽回陈华，女方再上线回应：请停止它
      新恋情？金晨告别李斯丹妮后独自与神秘男约会
      两人同回住处氛围超好新恋情？金晨告别李斯丹妮后独自与神秘男约会
      两人同回住处氛围超好
      Jennie晒近照懒理与权志龙恋情传闻，穿抹胸裙吐舌头心情大好Jennie晒近照懒理与权志龙恋情传闻，穿抹胸裙吐舌头心情大好
      不想《山河令》大爆的不只有《皓衣行》，还有肖战和王一博的粉丝不想《山河令》大爆的不只有《皓衣行》，还有肖战和王一博的粉丝
      相差18岁中韩姐弟恋分手？咸素媛控制欲超强引发争吵，陈华欲离家出走相差18岁中韩姐弟恋分手？咸素媛控制欲超强引发争吵，陈华欲离家出走
      精品原创
      新恋情曝光？金晨告别李斯丹妮后与神秘男约会，两人同回住处氛围超好新恋情曝光？金晨告别李斯丹妮后与神秘男约会，两人同回住处氛围超好
      董璇：从不后悔自己的选择，再来一次，我还会在事业上升期结婚生子董璇：从不后悔自己的选择，再来一次，我还会在事业上升期结婚生子
      谢娜挺大肚带父母外出就餐孕味十足，即将迎来和张杰的第三个宝宝谢娜挺大肚带父母外出就餐孕味十足，即将迎来和张杰的第三个宝宝
      关于腾讯 | About Tencent | 服务协议 | 隐私政策 | 开放平台 | 广告服务 |
      腾讯招聘 | 腾讯公益 | 客服中心 | 举报中心 | 网站导航 Copyright © 1998 -
      2021 Tencent. All Rights Reserved 腾讯公司 版权所有 用户 反馈
    </p>
    <p>
      qq_logo 要闻娱乐财经体育图片时尚 一键登录 北京青年报官网
      这10人当选全国脱贫攻坚楷模！黄文秀父亲听到女儿名字后眼含热泪 2021 02/25
      15:14 北京青年报官网 企鹅号 分享 评论 1
      研究生毕业后，黄文秀奔赴偏远贫困山村担任驻村第一书记。她带动88户418名贫困群众脱贫。2019年6月17日凌晨，黄文秀遭遇突发山洪不幸遇难，年仅30岁……今天（2月25日），黄文秀当选脱贫攻坚楷模，听到女儿名字的那一刻，黄文秀父亲眼含热泪。
      致敬！全国脱贫攻坚楷模名单发布 来源：综合央视新闻客户端 新华视点
      免责声明：本文来自腾讯新闻客户端自媒体，不代表腾讯网的观点和立场。
      相关推荐换一换 李易峰再现追星赢家一面 在《人潮汹涌》片场单独找刘德华合影
      绝了！这选对象的眼光，是在跟黄奕叫板么？
      绝了！这选对象的眼光，是在跟黄奕叫板么？ 精彩组图 海南儋州：民俗展演迎元宵
      海南儋州：民俗展演迎元宵 航拍河南孟津黄河湿地 色彩斑斓似调色板
      航拍河南孟津黄河湿地 色彩斑斓似调色板 合肥：乐享春光 合肥：乐享春光
      江苏泰州：立春到 农事忙 江苏泰州：立春到 农事忙 热点精选
      分手传闻后好友曝咸素媛想挽回陈华，女方再上线回应：请停止它分手传闻后好友曝咸素媛想挽回陈华，女方再上线回应：请停止它
      新恋情？金晨告别李斯丹妮后独自与神秘男约会
      两人同回住处氛围超好新恋情？金晨告别李斯丹妮后独自与神秘男约会
      两人同回住处氛围超好
      Jennie晒近照懒理与权志龙恋情传闻，穿抹胸裙吐舌头心情大好Jennie晒近照懒理与权志龙恋情传闻，穿抹胸裙吐舌头心情大好
      不想《山河令》大爆的不只有《皓衣行》，还有肖战和王一博的粉丝不想《山河令》大爆的不只有《皓衣行》，还有肖战和王一博的粉丝
      相差18岁中韩姐弟恋分手？咸素媛控制欲超强引发争吵，陈华欲离家出走相差18岁中韩姐弟恋分手？咸素媛控制欲超强引发争吵，陈华欲离家出走
      精品原创
      新恋情曝光？金晨告别李斯丹妮后与神秘男约会，两人同回住处氛围超好新恋情曝光？金晨告别李斯丹妮后与神秘男约会，两人同回住处氛围超好
      董璇：从不后悔自己的选择，再来一次，我还会在事业上升期结婚生子董璇：从不后悔自己的选择，再来一次，我还会在事业上升期结婚生子
      谢娜挺大肚带父母外出就餐孕味十足，即将迎来和张杰的第三个宝宝谢娜挺大肚带父母外出就餐孕味十足，即将迎来和张杰的第三个宝宝
      关于腾讯 | About Tencent | 服务协议 | 隐私政策 | 开放平台 | 广告服务 |
      腾讯招聘 | 腾讯公益 | 客服中心 | 举报中心 | 网站导航 Copyright © 1998 -
      2021 Tencent. All Rights Reserved 腾讯公司 版权所有 用户 反馈
    </p>
    <p>
      qq_logo 要闻娱乐财经体育图片时尚 一键登录 北京青年报官网
      这10人当选全国脱贫攻坚楷模！黄文秀父亲听到女儿名字后眼含热泪 2021 02/25
      15:14 北京青年报官网 企鹅号 分享 评论 1
      研究生毕业后，黄文秀奔赴偏远贫困山村担任驻村第一书记。她带动88户418名贫困群众脱贫。2019年6月17日凌晨，黄文秀遭遇突发山洪不幸遇难，年仅30岁……今天（2月25日），黄文秀当选脱贫攻坚楷模，听到女儿名字的那一刻，黄文秀父亲眼含热泪。
      致敬！全国脱贫攻坚楷模名单发布 来源：综合央视新闻客户端 新华视点
      免责声明：本文来自腾讯新闻客户端自媒体，不代表腾讯网的观点和立场。
      相关推荐换一换 李易峰再现追星赢家一面 在《人潮汹涌》片场单独找刘德华合影
      绝了！这选对象的眼光，是在跟黄奕叫板么？
      绝了！这选对象的眼光，是在跟黄奕叫板么？ 精彩组图 海南儋州：民俗展演迎元宵
      海南儋州：民俗展演迎元宵 航拍河南孟津黄河湿地 色彩斑斓似调色板
      航拍河南孟津黄河湿地 色彩斑斓似调色板 合肥：乐享春光 合肥：乐享春光
      江苏泰州：立春到 农事忙 江苏泰州：立春到 农事忙 热点精选
      分手传闻后好友曝咸素媛想挽回陈华，女方再上线回应：请停止它分手传闻后好友曝咸素媛想挽回陈华，女方再上线回应：请停止它
      新恋情？金晨告别李斯丹妮后独自与神秘男约会
      两人同回住处氛围超好新恋情？金晨告别李斯丹妮后独自与神秘男约会
      两人同回住处氛围超好
      Jennie晒近照懒理与权志龙恋情传闻，穿抹胸裙吐舌头心情大好Jennie晒近照懒理与权志龙恋情传闻，穿抹胸裙吐舌头心情大好
      不想《山河令》大爆的不只有《皓衣行》，还有肖战和王一博的粉丝不想《山河令》大爆的不只有《皓衣行》，还有肖战和王一博的粉丝
      相差18岁中韩姐弟恋分手？咸素媛控制欲超强引发争吵，陈华欲离家出走相差18岁中韩姐弟恋分手？咸素媛控制欲超强引发争吵，陈华欲离家出走
      精品原创
      新恋情曝光？金晨告别李斯丹妮后与神秘男约会，两人同回住处氛围超好新恋情曝光？金晨告别李斯丹妮后与神秘男约会，两人同回住处氛围超好
      董璇：从不后悔自己的选择，再来一次，我还会在事业上升期结婚生子董璇：从不后悔自己的选择，再来一次，我还会在事业上升期结婚生子
      谢娜挺大肚带父母外出就餐孕味十足，即将迎来和张杰的第三个宝宝谢娜挺大肚带父母外出就餐孕味十足，即将迎来和张杰的第三个宝宝
      关于腾讯 | About Tencent | 服务协议 | 隐私政策 | 开放平台 | 广告服务 |
      腾讯招聘 | 腾讯公益 | 客服中心 | 举报中心 | 网站导航 Copyright © 1998 -
      2021 Tencent. All Rights Reserved 腾讯公司 版权所有 用户 反馈
    </p>
  </article>
</template>

<script>
export default {};
</script>

<style lang="scss" scoped>
.about {
  height: 60vh;
  overflow: scroll;
  scroll-behavior: smooth;
}
h1 {
}
</style>

Loaded but not shown: index.html (common file); src/App.vue (135 lines, source omitted); src/router/index.ts (100 lines, source omitted)

After the next save:
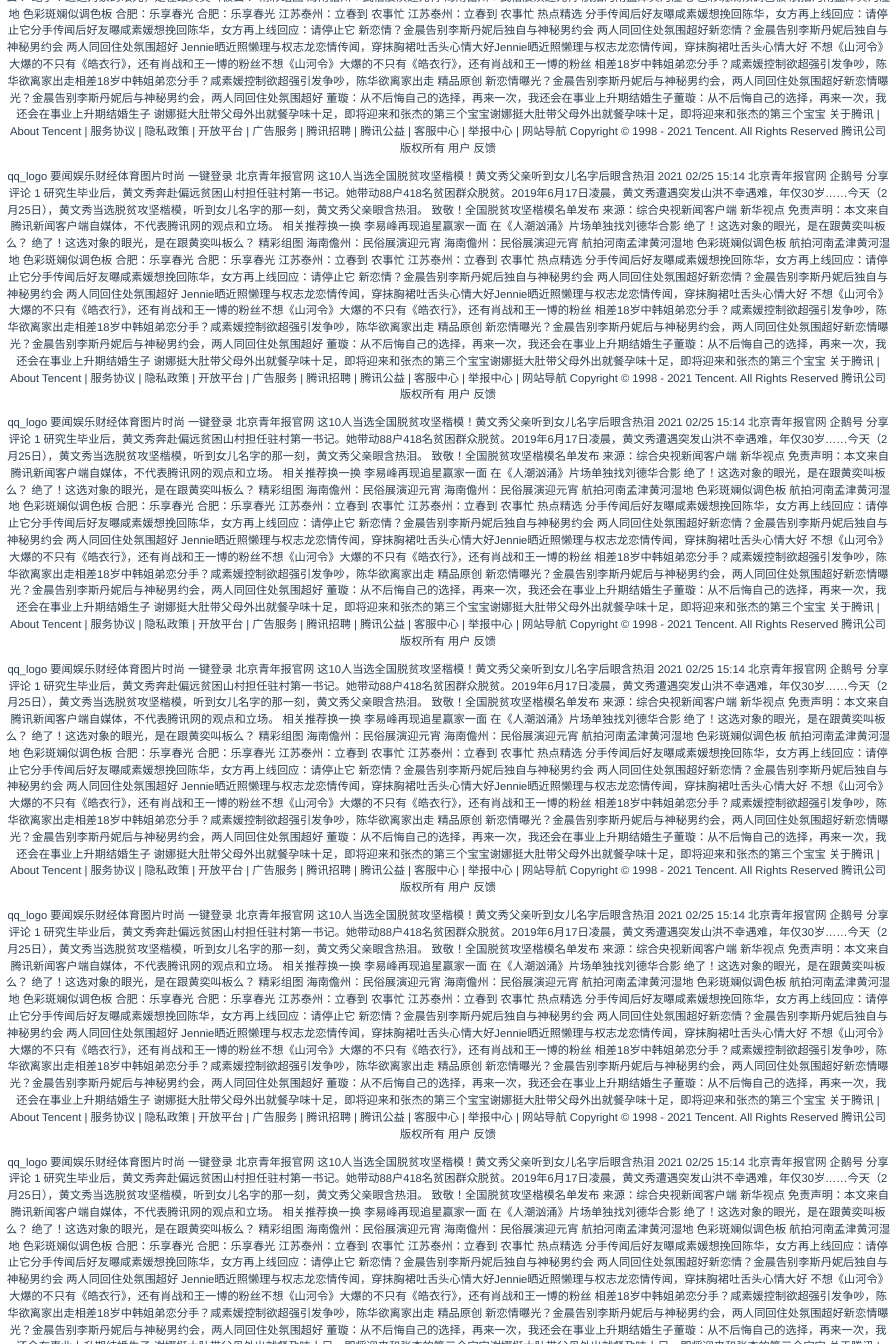
Saved 35 s later.
--- a/src/views/About2/About.vue
+++ b/src/views/About2/About.vue
@@ -1,5 +1,5 @@
 <template>
-  <article class="about" ref="About2">
+  <article class="about2">
     <h1>about</h1>
     <p>
       qq_logo 要闻娱乐财经体育图片时尚 一键登录 北京青年报官网
